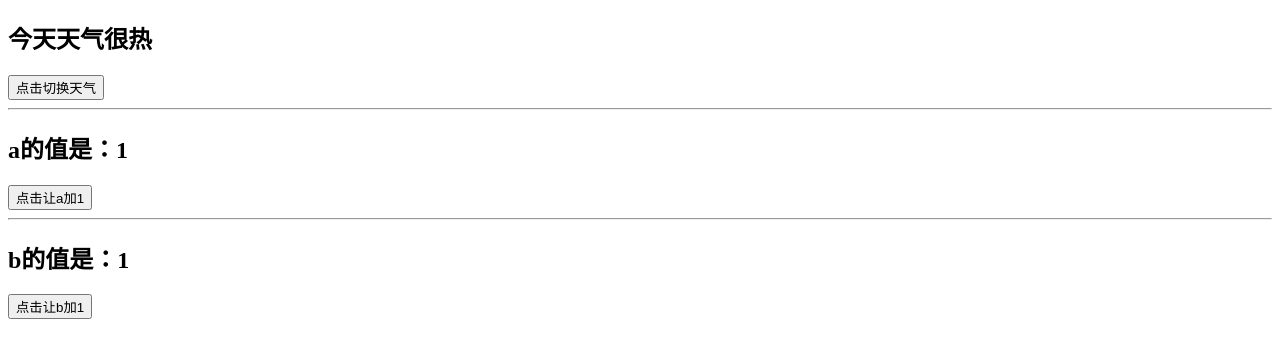
Repository: WAY-C/JSCodes
Page: Vue/09监视属性/4天气案例-监视属性简写.html
The author's editor kept a copy of each file at every save. The page is drawn from the files as they stood at one save, then again after a run of saves.
The browser window is 1280 px wide. The pictures show the whole page.

Above is the page before, as saved 2021-08-29 12:44:22.

After the next 3 saves:
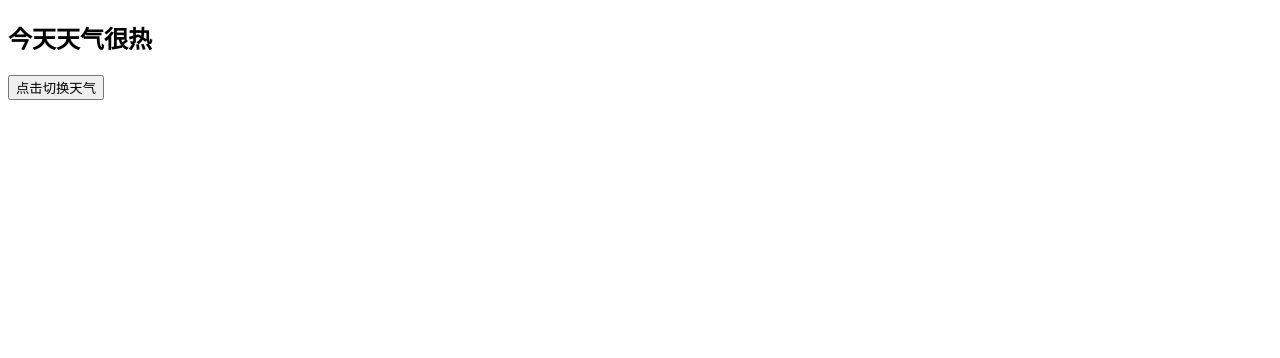
The 3 saves are shown as one change because they came seconds apart.
The last was saved 2 min 13 s later.
--- a/Vue/09监视属性/4天气案例-监视属性简写.html
+++ b/Vue/09监视属性/4天气案例-监视属性简写.html
@@ -13,12 +13,6 @@
     <div id="root">
         <h2>今天天气很{{weather}}</h2>
         <button @click="changeWeather">点击切换天气</button>
-        <hr>
-        <h2>a的值是：{{numbers.a}}</h2>
-        <button @click="numbers.a++">点击让a加1</button>
-        <hr>
-        <h2>b的值是：{{numbers.b}}</h2>
-        <button @click="numbers.b++">点击让b加1</button>
     </div>
 </body>
 <script>
@@ -26,11 +20,7 @@
     const vm = new Vue({
         el: '#root',
         data: {
-            isHot: true,
-            numbers: {
-                a: 1,
-                b: 1
-            }
+            isHot: true
         },
         computed: {
             weather() {
@@ -43,11 +33,9 @@
             }
         },
         watch: {
-            numbers: {
-                deep: true, // 是否开启深度监听
-                handler() {
-                    console.log("numbers发生改变了");
-                }
+            // 当不需要immediate和deep时就可以简写
+            isHot(newValue, oldValue) {
+                console.log("天气改变了");
             }
         }
     })
